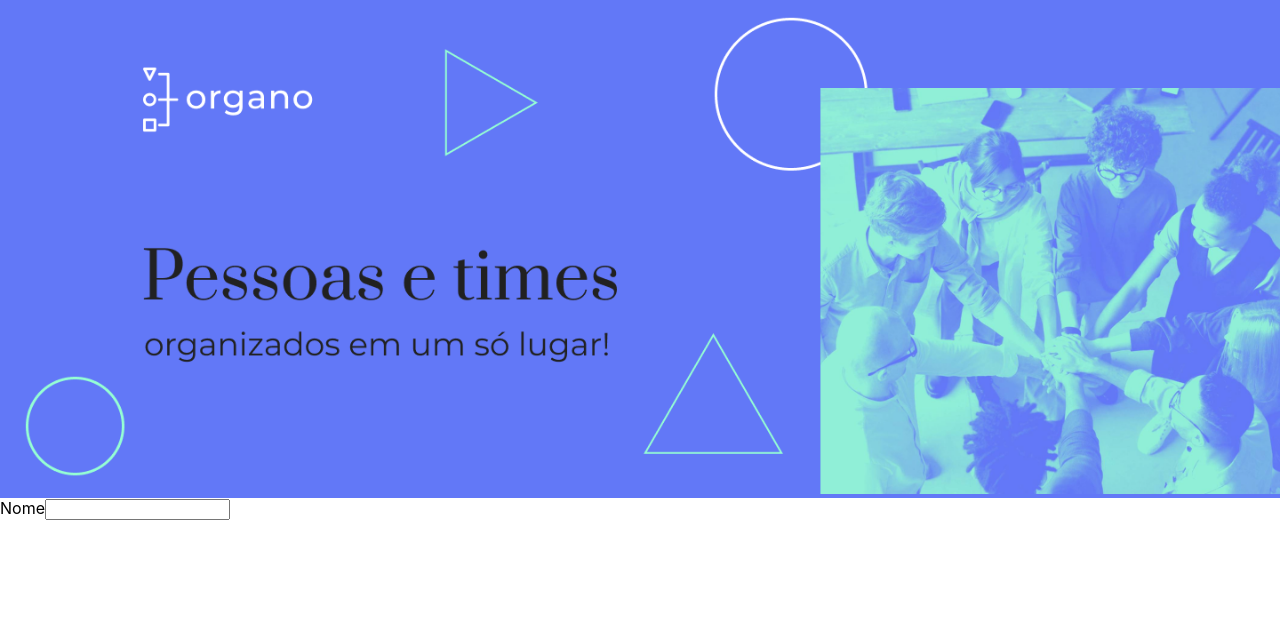
Repository: humbertobrasileiro/organo
Page: /
These files come from the project's save history. The page is drawn as it stood at one moment and after the next save; the edit follows.
The browser window is 1280 px wide. The pictures show the whole page.
The project was rebuilt for these pictures with package versions that can differ from the ones it lists, and the page was loaded fresh each time.

Above is the page before, as saved 2025-01-22 16:06:09.

After the next save:
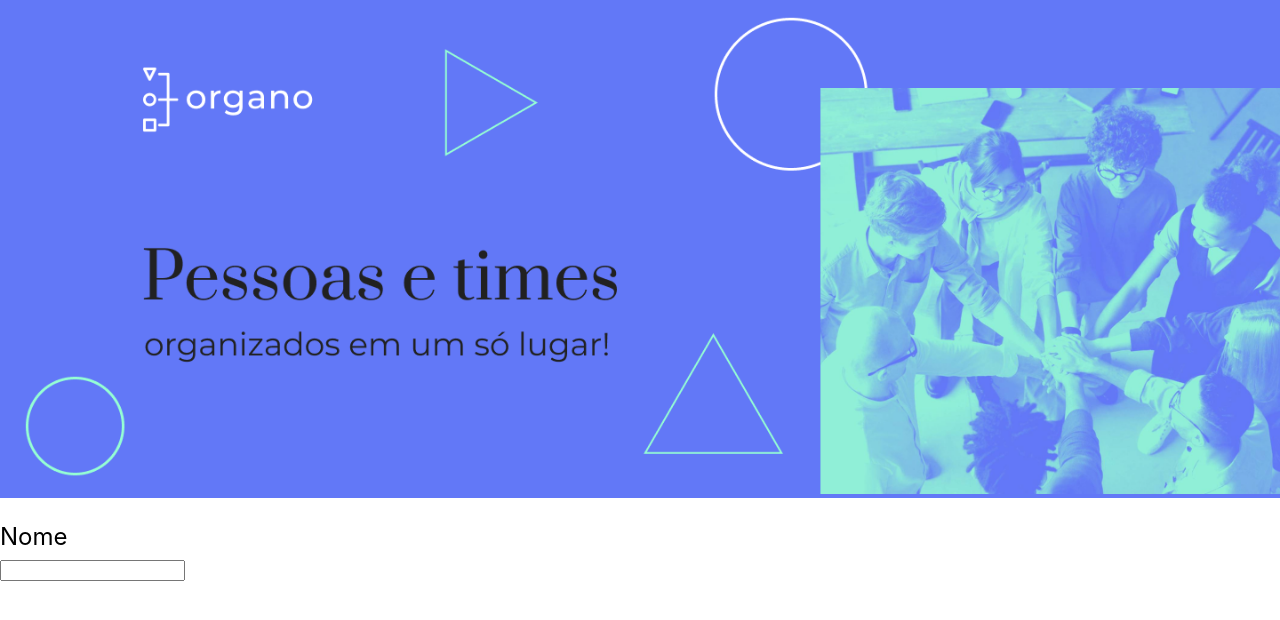
Saved 61 s later.
--- a/src/componentes/CampoTexto/index.js
+++ b/src/componentes/CampoTexto/index.js
@@ -1,6 +1,8 @@
+import './CampoTexto.css'
+
 const CampoTexto = () => {
   return (
-    <div>
+    <div className="campo-texto">
       <label htmlFor="">Nome</label>
       <input type="text" />
     </div>
